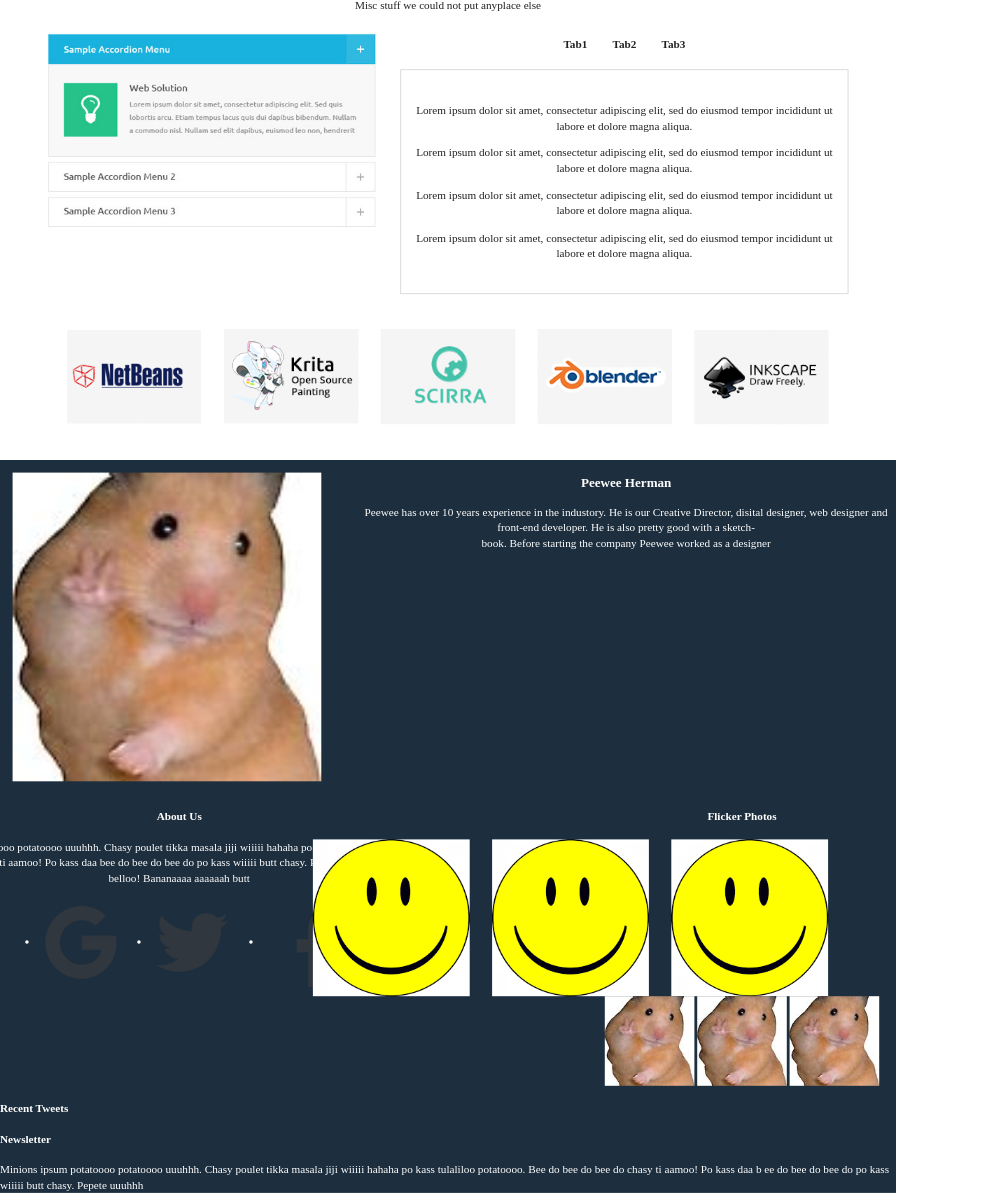
Repository: KanaKimishima/project1-responsive
Page: index.html
The author's editor kept a copy of each file at every save. The page is drawn from the files as they stood at one save, then again after the next save.
The browser window is 1280 px wide. The page is 1428 px wide, so the pictures cover 1428 px, including what lies to the right of the window. The pictures show the part of the page from y = 2313 to 4033 px (the page is 4033 px tall), at 70% of full size.

Above is the page before, as saved 2023-02-06 22:27:50.

After the next save:
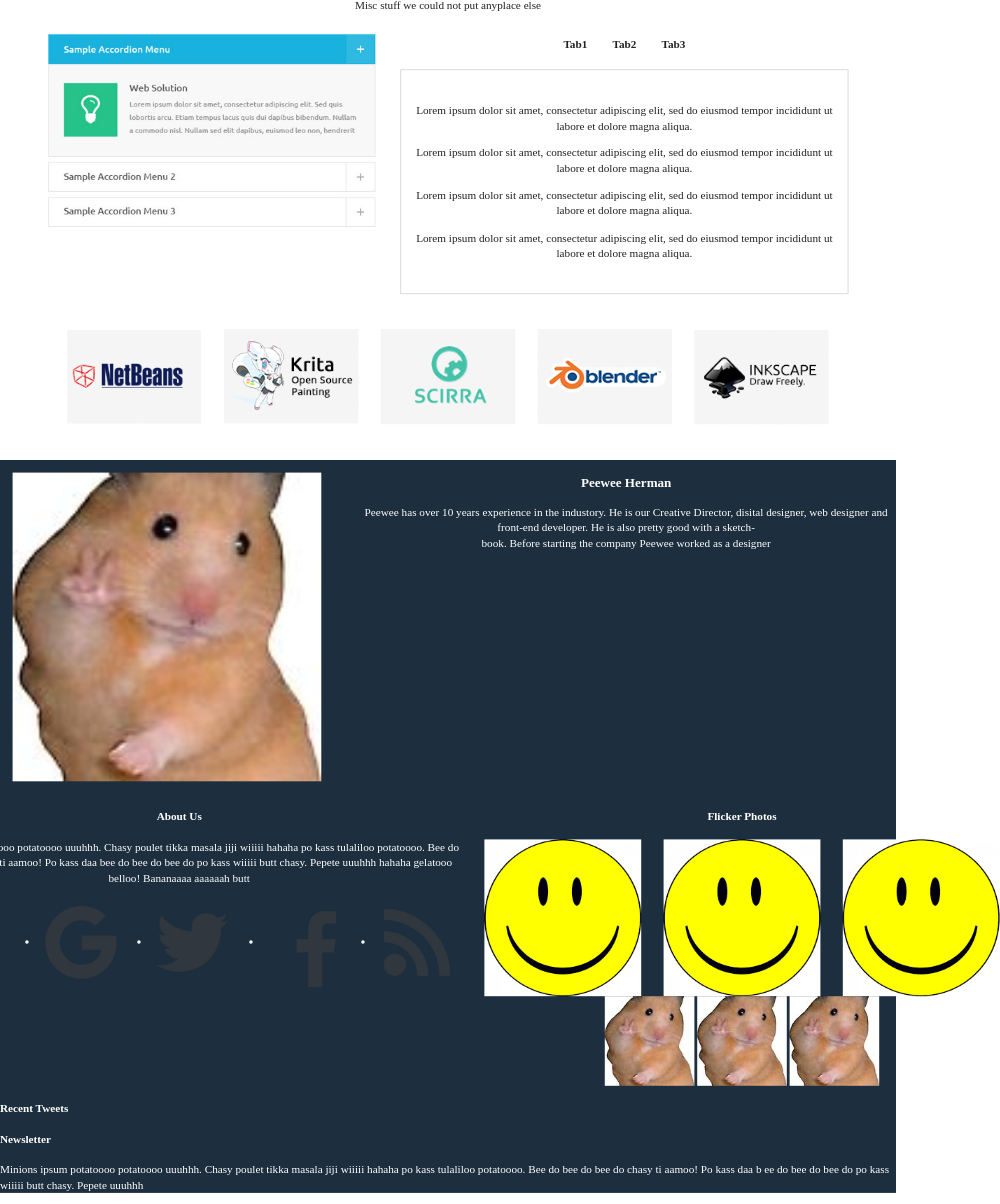
Saved 7 s later.
--- a/css/main.css
+++ b/css/main.css
@@ -172,7 +172,7 @@
 }
 
 .flicker-imgs {
-  width: 33.3%;
+  width: 100%;
 }
 
 
